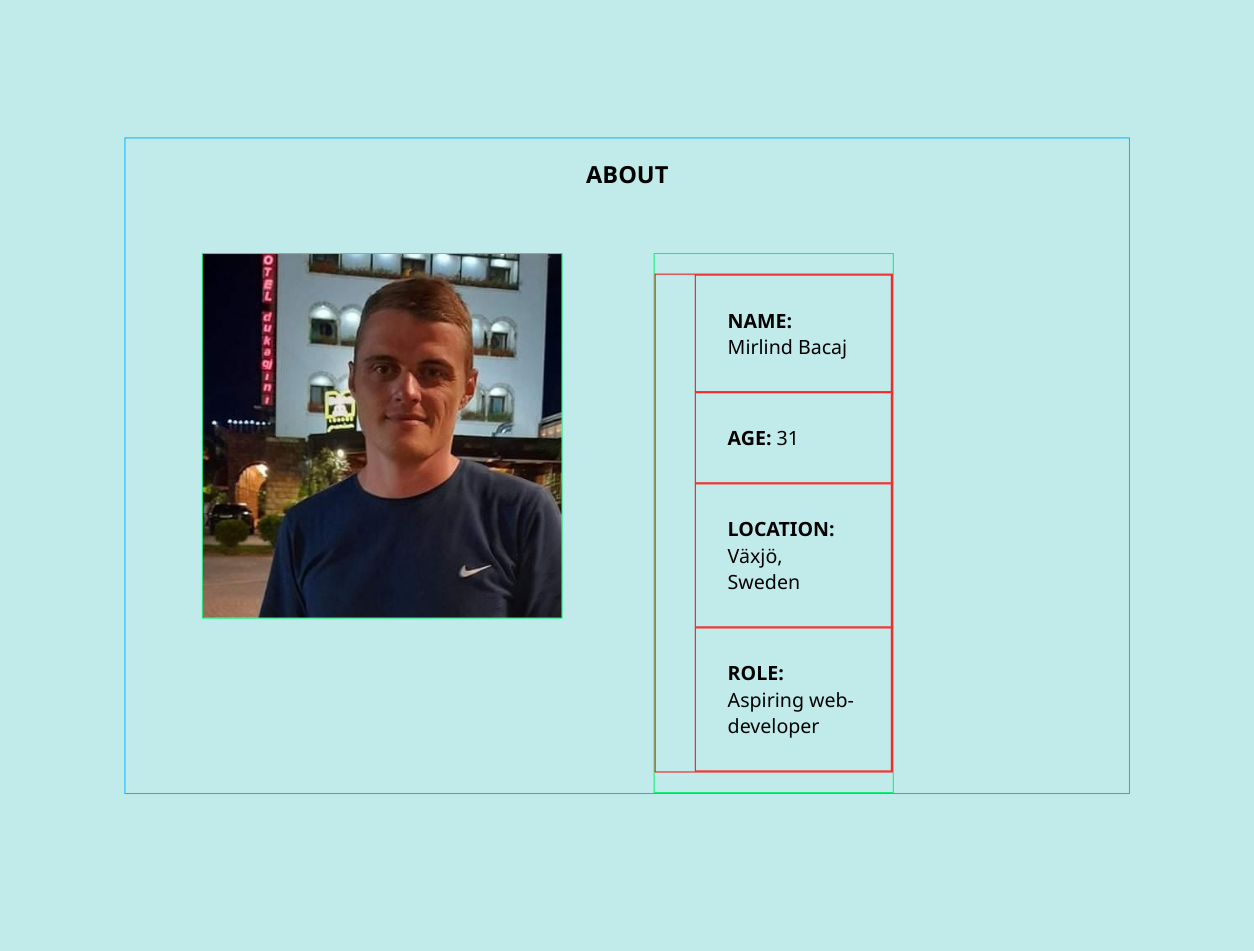
Repository: mirkbirki/mirkbirki.github.io
Page: index.html
An editor plug-in stored every save of this project. The page is shown before and after the next save, followed by the edit.
The browser window is 1280 px wide. The pictures show the part of the page from y = 1989 to 2959 px (the page is 2959 px tall before and 2649 px after), at 98% of full size.
A picture or video elsewhere on the page could not be fetched, so the positions and the page height are approximate.

Above is the page before, as saved 2022-11-24 13:27:59.

### index.html
<!DOCTYPE html>
<html lang="en">
<head>
    <meta charset="UTF-8">
    <meta http-equiv="X-UA-Compatible" content="IE=edge">
    <meta name="viewport" content="width=device-width, initial-scale=1.0">
    <title>Mirlind's portfolio</title>
    <link rel="stylesheet" href="styles.css">
</head>
<body>
    <header>
        <div class="header-bar">
            <h1>Mirlind's portfolio</h1>
            <nav>
                <ul>
                    <li><a href="#skills">Skills</a></li>
                    <li><a href="#projects">Projects</a></li>
                    <li><a href="#about">About</a></li>
                    <li><a href="#contact">Contact</a></li>
                </ul>
            </nav>
        </div>
    </header>
    <div id="skills">
        <h2>SKILLS</h2>
        <div class="left-aligned-text">
            <p class="skills-text"><img class="img-skills" src="scroll.png" />Studied web-development for 6 months</p>
            <p class="skills-text"><img class="img-skills" src="desktop-computer.png" />Frontend specialized</p>
            <p class="skills-text"><img class="img-skills" src="git.png" />Basic knowledge with GIT</p>
            <p class="skills-text"><img class="img-skills" src="html5.png" />Basic knowledge with HTML5</p>
            <p class="skills-text"><img class="img-skills" src="css3.png" />Basic knowledge with CSS3</p>
            <p class="skills-text"><img class="img-skills" src="js.png" />Yet to start learning javascript</p>
        </div>
    </div>
    <div id="projects">
        <h2>PROJECTS</h2>
        <div class="grid-container-projects">
            <div class="grid-project-1">
                <h3>ESTIMERA</h3>
                <img class="img-project" src="estimera.PNG" />
                <p class="projects-text">This was a project which I received from my brother in law. He works for the swedish immigration department
                    and needed a tool which would help him calculate if an applicant is eligeble for work visa. I figured out the logic and
                    applied it in Python. My cousin set up the site using Python/Django and is maintaining it today.</p>
                <ul>
                    <li>Python •</li>
                    <li>HTML5 •</li>
                    <li>CSS3</li>
                </ul>
            </div>
            <div class="grid-project-2">
                <h3>NEXT PROJECT</h3>
                <img class="img-project" src="question-mark.png" />
                <p class="projects-text">Lorem ipsum dolor sit amet consectetur adipisicing elit. Eos labore quae, nisi voluptatibus earum, pariatur iusto, hic minima reiciendis
                    architecto voluptatum dolor quam consectetur explicabo? Modi iste possimus exercitationem minima.</p>
                <ul>
                    <li></li>
                    <li></li>
                    <li></li>
                </ul>
            </div>
        </div>
    </div>
    <div id="about">
        <h2>ABOUT</h2>
        <div class="grid-container-about">
            <div class="grid-about-img">
                <img class="img-about" src="jag.jpg"/>
            </div>
            <div class="grid-about-text">
                <!--<p class="about-text">I'm a self learning front-end developer. For the last
                    couple of months I've been learning through sololearn,
                    freeCodeCamp, by watching youtube videos and reading
                    books. I've read Pragmatic Guide to Git multiple times. I
                    recently started reading Jon Duckett's HTML&CSS.

                    My goal is to keep learning while still working my full-time
                    job as an associate nurse. My goal is to be able to get a job
                    as a front-end developer by 2024.</p>-->
                <ul>
                    <li><b>NAME:</b> Mirlind Bacaj</li>
                    <li><b>AGE:</b> 31</li>
                    <li><b>LOCATION:</b> Växjö, Sweden</li>
                    <li><b>ROLE:</b> Aspiring web-developer</li>
                </ul>
            </div>
        </div>
    </div>
</body>
</html>

### styles.css
* {
  font-family:'Segoe UI', Tahoma, Geneva, Verdana, sans-serif;
}

html {
  overflow-x: hidden;
}

body {
  margin: 0;
  width: 100%;
  background-color: rgb(193, 235, 235);
  overflow-x: hidden;
}

/* HEADER */

.header-bar {
  width: 100%;
  height: fit-content;
  background-color: black;
  border-top: 1px solid rgb(0, 0, 0);
  text-align: center;
}

.header-bar h1 {
  color: white;
  padding: 0;
  margin-top: 0.8rem;
}

nav ul {
  list-style-type: none;
  margin: 0 auto;
  padding: 0 0 0.8rem 0;
}

nav li {
  display: inline-block;
  padding-right: 1rem;
  margin-left: 1rem;
}

nav a {
  text-decoration: none;
  color: white;
}

nav a:hover {
  color: gray;
}

/* SKILLS */

#skills {
  width: 740px;
  margin: 5rem auto;
}

#skills h2 {
  text-align: center;
}

.left-aligned-text {
  width: 100%;
  text-align: left;
  margin: 0 auto;
}

.skills-text {
  padding: 0.5rem;
  margin-left: 11.5rem;
  font-weight: 500;
}

.img-skills {
  width: 9%;
  padding-right: 1rem;
  vertical-align: middle;
}

/* PROJECTS */

#projects {
  width: 80%;
  margin: 8rem auto;
  text-align: center;
}

.grid-container-projects {
  display: grid;
  grid-template-columns: auto auto;
  grid-template-rows: auto;
  text-align: center;
  height: 100%;
  margin: 0 auto;
  gap: 2em;
}

.grid-project-1 {
  text-align: center;
}

.grid-project-1 h3 {
  text-decoration: underline;
  text-decoration-thickness: 3px;
}

.img-project {
  display: block;
  width: 70%;
  height: 65%;
  margin: 0 auto;
}

.projects-text {
  margin: 0 auto;
  text-align: left;
  width: 65%;
  padding: 1rem 0 1rem 0;
  font-weight: 450;
}

#projects ul {
  list-style-type: none;
  text-align: center;
  margin: 0 auto;
  width: 80%;
  padding: 0;
}

#projects li {
  font-weight: bold;
  display: inline;
}

.grid-project-2 {
  text-align: left;
}

.grid-project-2 h3 {
  text-align: center;
  text-decoration: underline;
  text-decoration-thickness: 3px;
}

/* ABOUT */

#about {
  width: 80%;
  margin: 10rem auto;
  text-align: center;
  border: 1px solid rgb(0, 183, 255);
}

#about h2 {
  margin-bottom: 4rem;
}

.grid-container-about {
  display: grid;
  grid-template-columns: auto auto;
  grid-template-rows: auto;
  height: 100%;
  width: 100%;
  margin: 0 auto;
  gap: 1rem;
  border: 1px rgb(253, 0, 0);
}

.grid-about-img {
  width: 100%;
  height: 100%;
}

.grid-about-img img {
  width: 70%;
  border: 1px solid rgb(12, 238, 114);
}

.grid-about-text {
  width: 50%;
  border: 1px solid rgb(12, 238, 114);
}

/*
.about-text {
  text-align: left;
  background-color: rgba(255, 255, 255, 0.5);
  border-radius: 10px;
  vertical-align: center;
}
*/

.grid-about-text ul {
  width: fit-content;
  list-style-type: none;
  font-size: 20px;
  border: 1px solid red;
}

.grid-about-text li {
  text-align: left;
  padding: 2rem;
  border: 1px solid red;
}

@media screen and (max-width: 1280px) {

/* SKILLS */

  #skills {
    width: 740px;
    margin: 2rem auto;
  }

  /* PROJECTS */

  #projects {
    width: 80%;
    margin: 4rem auto;
  }

  .grid-container-projects {
    display: block;
  }

  .grid-project-1 {
    padding-top: 0.1rem;
  }

  .img-project {
    width: 50%;
    height: 30%;
  }

  .projects-text {
    width: 50%;
  }

  .grid-project-2 {
    padding-top: 1.5rem;
  }

  /* ABOUT */

  .flex-about-text ul {
    width: fit-content;
    list-style-type: none;
    font-size: 20px;
    border: 1px solid red;
  }

  .flex-about-text li {
    text-align: left;
    padding: 2rem;
    border: 1px solid red;
  }

}

@media screen and (max-width: 750px) {

  /* HEADER */

  nav li {
    padding-right: 0.5rem;
    margin-left: 0.5rem;
  }

  /* SKILLS */

  #skills {
    width: 500px;
  }

  .skills-text {
    margin-left: 4.5rem;
  }

 /* PROJECTS */

  #projects {
    width: 100%;
    margin: 4rem auto;
  }

  .img-project {
    width: 50%;
    height: 30%;
  }

}

@media screen and (max-width: 520px) {

  /* SKILLS */

  #skills {
    width: 300px;
  }

  .skills-text {
    margin: 0 auto;
    text-align: center;
  }

  .img-skills {
    margin: 0 175px 0 125px;
    width: 12%;
    padding: 0.5rem 0 0.2rem 0;
  }

  /* PROJECTS */

  .img-project {
    width: 50%;
    height: 30%;
  }

  .projects-text {
    font-size: 14px;
  }

  #projects li {
    font-size: 13px;
  }

}

After the next save:
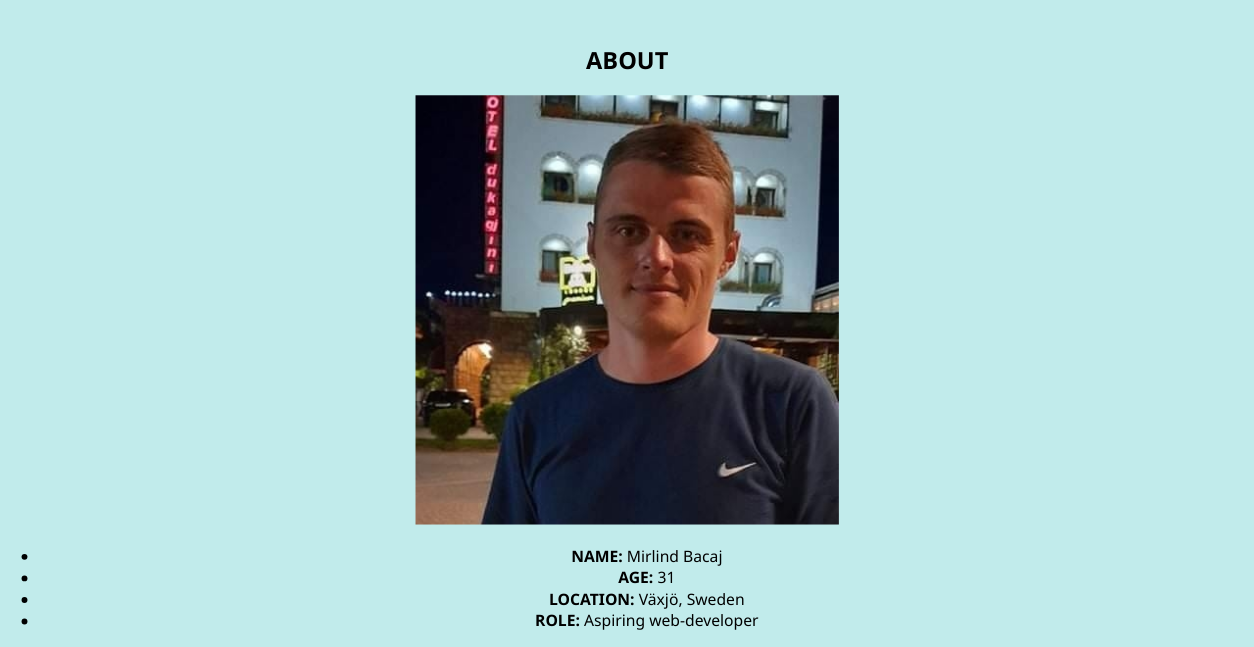
Saved 33 min 35 s later.
--- a/styles.css
+++ b/styles.css
@@ -147,62 +147,23 @@ nav a:hover {
 /* ABOUT */
 
 #about {
-  width: 80%;
-  margin: 10rem auto;
-  text-align: center;
-  border: 1px solid rgb(0, 183, 255);
+  margin: 0 auto;
+  text-align: center;
+  border: 1px rgb(255, 25, 0);
 }
 
 #about h2 {
-  margin-bottom: 4rem;
-}
-
-.grid-container-about {
-  display: grid;
-  grid-template-columns: auto auto;
-  grid-template-rows: auto;
-  height: 100%;
-  width: 100%;
-  margin: 0 auto;
-  gap: 1rem;
-  border: 1px rgb(253, 0, 0);
-}
-
-.grid-about-img {
-  width: 100%;
-  height: 100%;
-}
-
-.grid-about-img img {
-  width: 70%;
-  border: 1px solid rgb(12, 238, 114);
-}
-
-.grid-about-text {
-  width: 50%;
-  border: 1px solid rgb(12, 238, 114);
-}
-
-/*
-.about-text {
-  text-align: left;
-  background-color: rgba(255, 255, 255, 0.5);
-  border-radius: 10px;
-  vertical-align: center;
-}
-*/
-
-.grid-about-text ul {
-  width: fit-content;
-  list-style-type: none;
-  font-size: 20px;
-  border: 1px solid red;
-}
-
-.grid-about-text li {
-  text-align: left;
-  padding: 2rem;
-  border: 1px solid red;
+  border: 1px rgb(255, 25, 0);
+}
+
+.flex-container-about {
+  display: flex;
+  text-align: center;
+  border: 1px rgb(255, 25, 0);
+}
+
+.flex-about-text {
+
 }
 
 @media screen and (max-width: 1280px) {
@@ -240,21 +201,6 @@ nav a:hover {
 
   .grid-project-2 {
     padding-top: 1.5rem;
-  }
-
-  /* ABOUT */
-
-  .flex-about-text ul {
-    width: fit-content;
-    list-style-type: none;
-    font-size: 20px;
-    border: 1px solid red;
-  }
-
-  .flex-about-text li {
-    text-align: left;
-    padding: 2rem;
-    border: 1px solid red;
   }
 
 }
